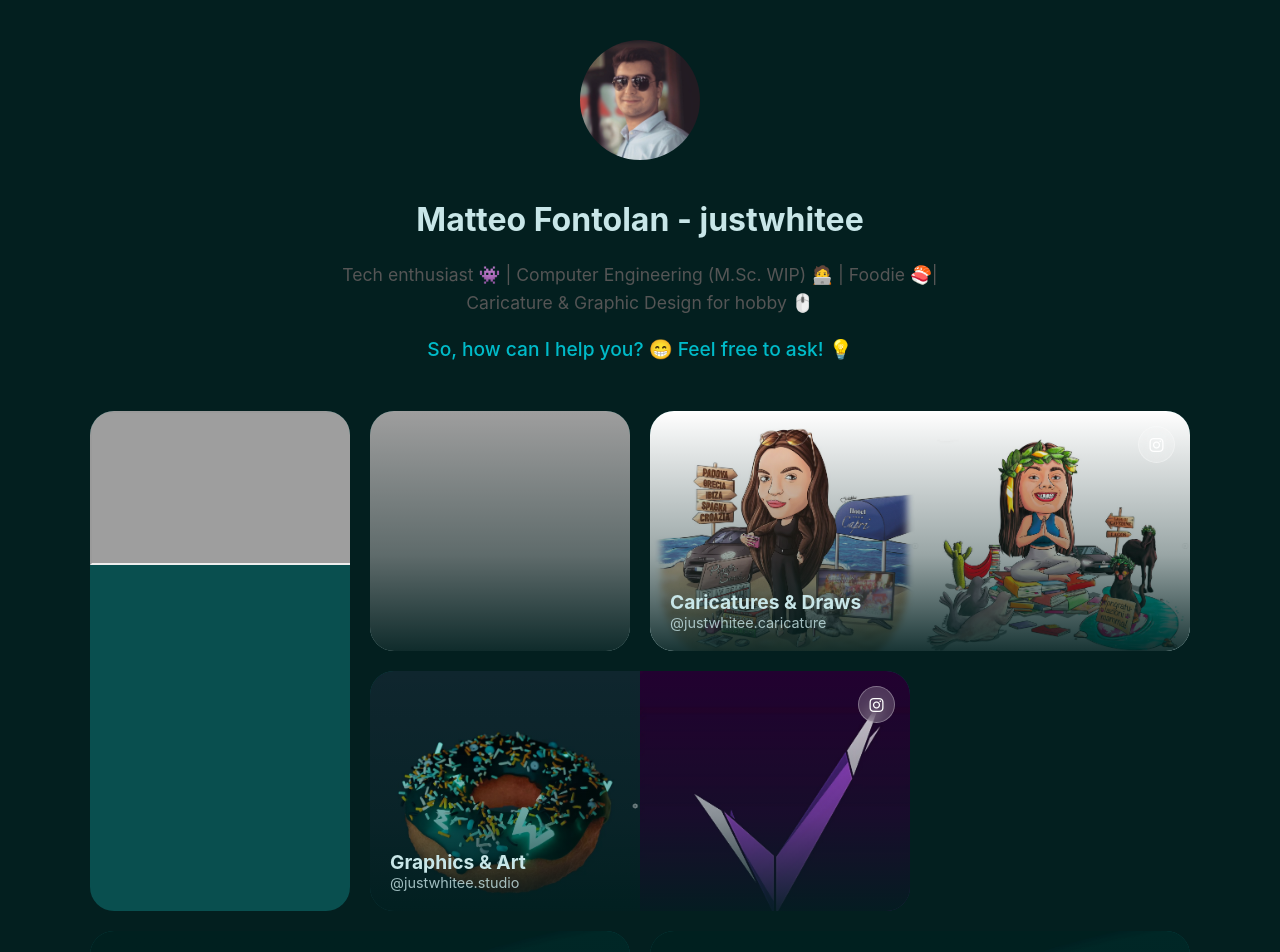
Repository: itsjustwhitee/itsjustwhitee.github.io
Page: bento/index.html
The author's editor kept a copy of each file at every save. The page is drawn from the files as they stood at one save, then again after the next save.
The browser window is 1280 px wide. The pictures show the part of the page from y = 0 to 952 px (the page is 2251 px tall).
Pictures or frames that could not be fetched are drawn as grey boxes.

Above is the page before, as saved 2026-01-17 21:43:43.

After the next save:
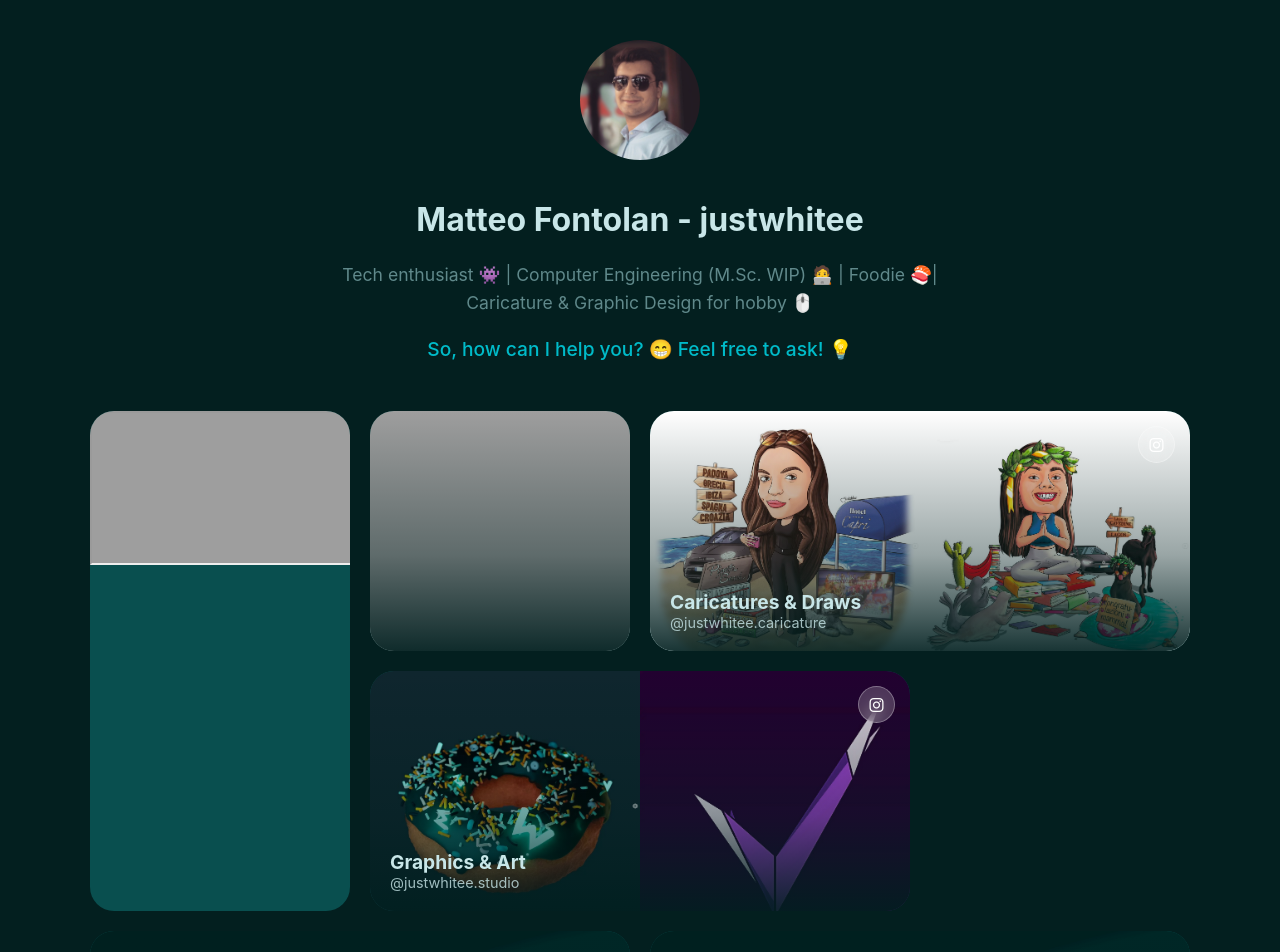
Saved 99 s later.
--- a/bento/style.css
+++ b/bento/style.css
@@ -124,7 +124,7 @@
 
 .bio {
     font-size: 1.1rem;
-    color: #555;
+    color: var(--text-dim);;
     max-width: 600px;
     margin: 10px auto;
     line-height: 1.6;
